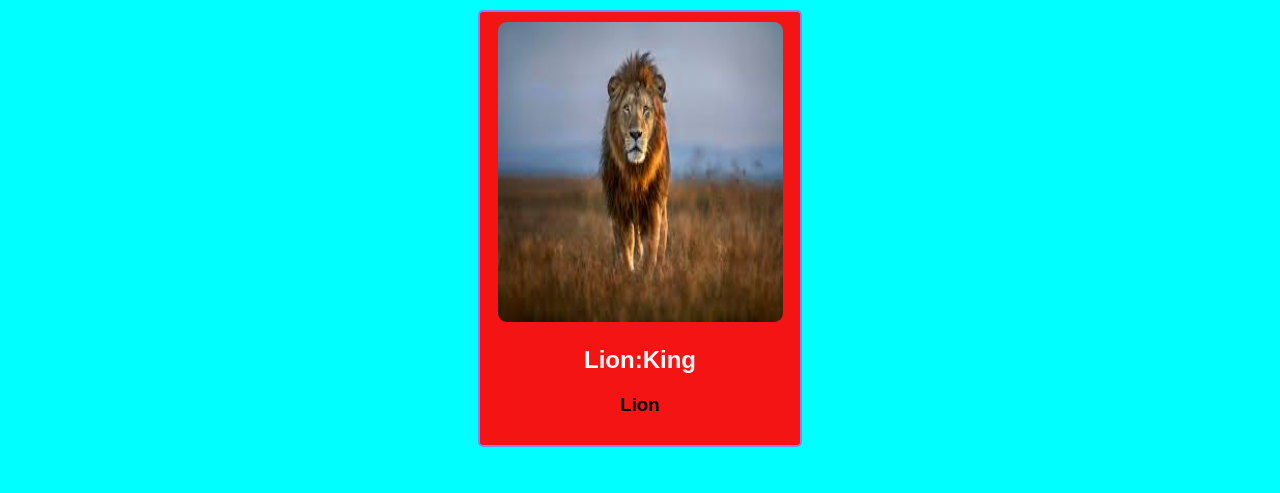
Repository: KingBoyMaylow/Animal-trading-card
Page: index.html
An editor plug-in stored every save of this project. The page is shown before and after a run of saves, followed by the edit.
The browser window is 1280 px wide. The pictures show the whole page.

Above is the page before, as saved 2024-05-13 22:09:35.

After the next 2 saves:
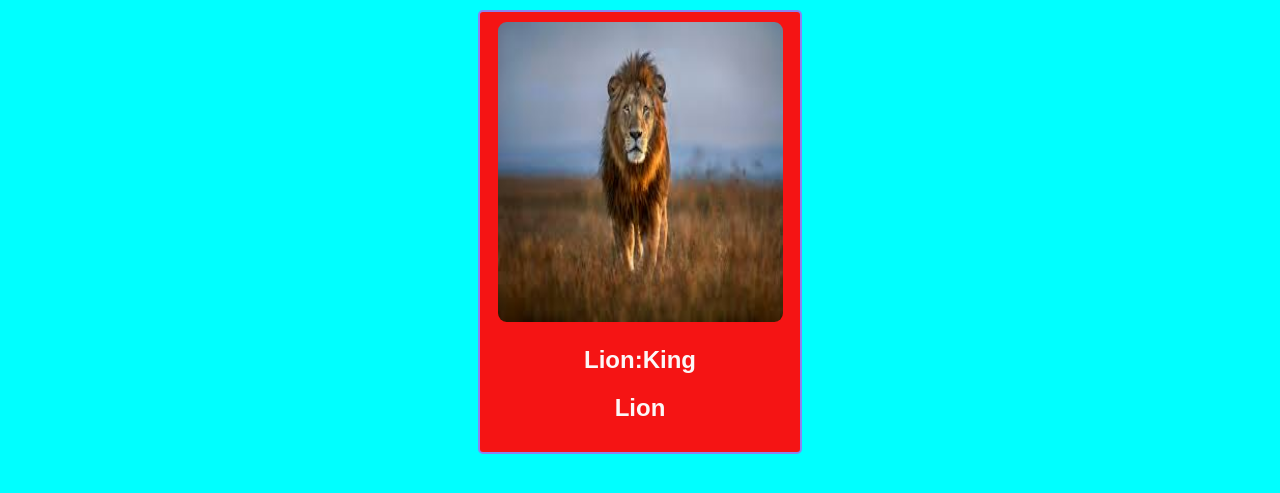
The 2 saves are shown as one change because they came seconds apart.
The last was saved 21 s later.
--- a/index.html
+++ b/index.html
@@ -36,7 +36,7 @@
 <body>
     <div class="card">
         <img src="lion.jpeg" alt="Lion">
-        <h2>Lion:King</h2><h3>Lion</h3>
+        <h2>Lion:King</h2><h2>Lion</h3>
     </div>
 </body>
 </html>
